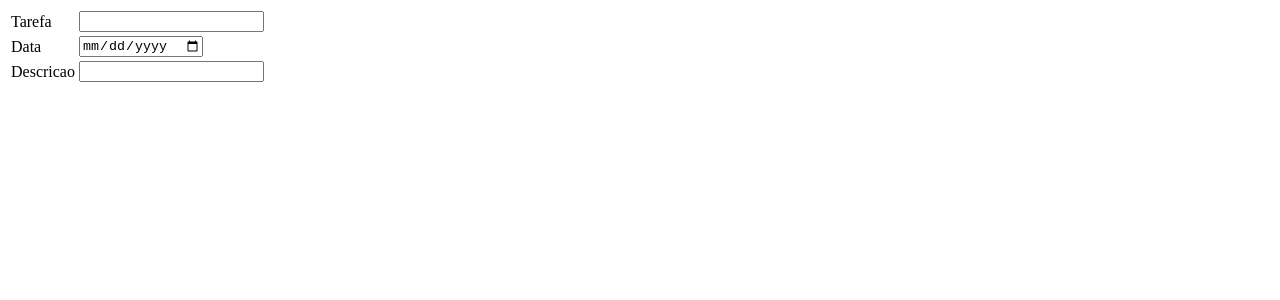
Repository: sophiaks/CRUD
Page: http://localhost/Projeto1/criaTarefa.jsp
These files come from the project's save history. The page is drawn as it stood at one moment and after the next save; the edit follows.
The browser window is 1280 px wide. The pictures show the whole page.
The page is served by Tomcat 9. Other server files are loaded and not shown.

Above is the page before, as saved 2020-09-20 18:42:10.

### WorkspaceP1/Projeto1/WebContent/criaTarefa.jsp
<%@ page language="java" contentType="text/html; charset=ISO-8859-1"
    pageEncoding="ISO-8859-1"%>
<!DOCTYPE html>
<html>
<head>
<meta charset="ISO-8859-1">
<title>Tarefa</title>

</head>
<body>
	<form action="Cria" method="post">
		<table>
			<tr>
				<td>Tarefa</td>
				<td><input type="text" name="tarefa"></td>
			</tr>
			<tr>
				<td>Data</td>
				<td><input type="date" name="entrega"></td>
			</tr>
			<tr>
				<td>Descricao</td>
				<td><input type="text" name="descricao"></td>
			</tr>
		</table>
	</form>
</body>
</html>

After the next save:
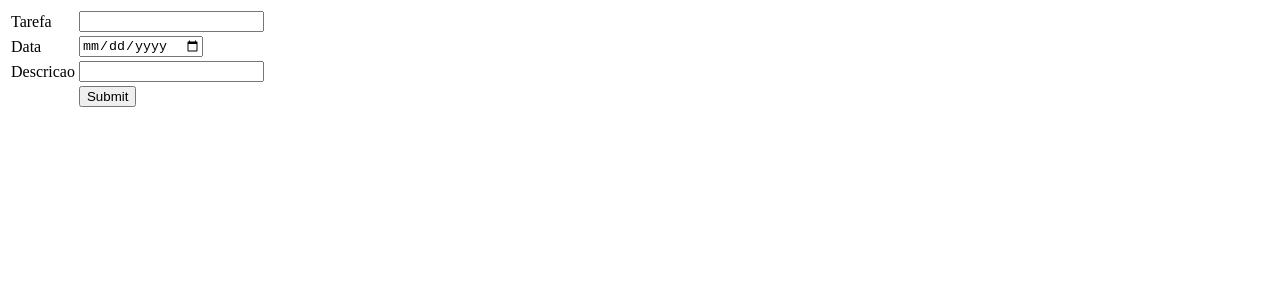
Saved 2 min 30 s later.
--- a/WorkspaceP1/Projeto1/WebContent/criaTarefa.jsp
+++ b/WorkspaceP1/Projeto1/WebContent/criaTarefa.jsp
@@ -5,8 +5,8 @@
 <head>
 <meta charset="ISO-8859-1">
 <title>Tarefa</title>
+</head>
 
-</head>
 <body>
 	<form action="Cria" method="post">
 		<table>
@@ -22,6 +22,10 @@
 				<td>Descricao</td>
 				<td><input type="text" name="descricao"></td>
 			</tr>
+			<tr>
+			<td></td>
+			<td><input type="submit" name="ok"></td>
+			</tr>
 		</table>
 	</form>
 </body>
